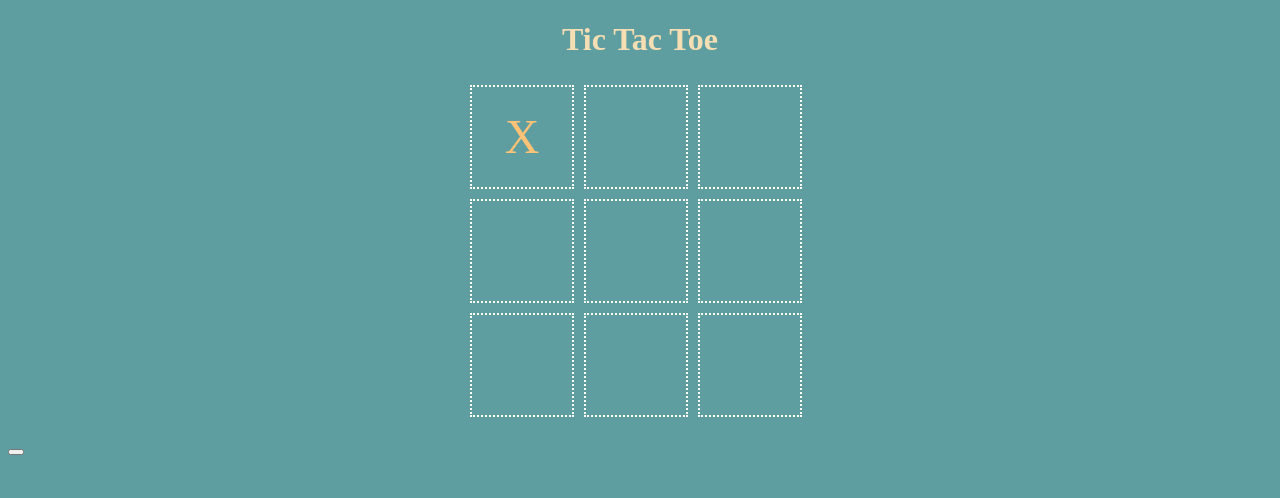
Repository: Hasmik-icml/Tic-Tac-Toe
Page: index.html
These files come from the project's save history. The page is drawn as it stood at one moment and after the next save; the edit follows.
The browser window is 1280 px wide. The pictures show the whole page.

Above is the page before, as saved 2022-02-02 21:58:52.

### index.html
<!DOCTYPE html>
<html lang="en">
<head>
  <meta charset="UTF-8">
  <meta http-equiv="X-UA-Compatible" content="IE=edge">
  <meta name="viewport" content="width=device-width, initial-scale=1.0">
  <link rel="stylesheet" href="/style.css">
  <title>Tic Tac Toe</title>
</head>
<body>
  <h1>Tic Tac Toe</h1>
  <div class="container">
    <div class="box">X</div>
    <div class="box"></div>
    <div class="box"></div>
    <div class="box"></div>
    <div class="box"></div>
    <div class="box"></div>
    <div class="box"></div>
    <div class="box"></div>
    <div class="box"></div>
  </div>
  <p class="turn"></p>
  <button class="restart"></button>
  <script src="/index.js"></script>
</body>
</html>

### style.css
body {
  background-color: cadetblue;
}

.container {
  display: flex;
  flex-wrap: wrap;
  width: 350px;
  margin: auto;
}

.box {
  border: 2px dotted white;
  margin: 5px;
  width: 100px;
  height: 100px;
  display: flex;
  justify-content: center;
  align-items: center;
  color: #ffc276;
  font-size: xxx-large;
  font-family: cursive;
}

h1 {
  text-align: center;
  color: wheat;
}

Loaded but not shown: index.js (no copy from this time; the picture is the same without it)

After the next save:
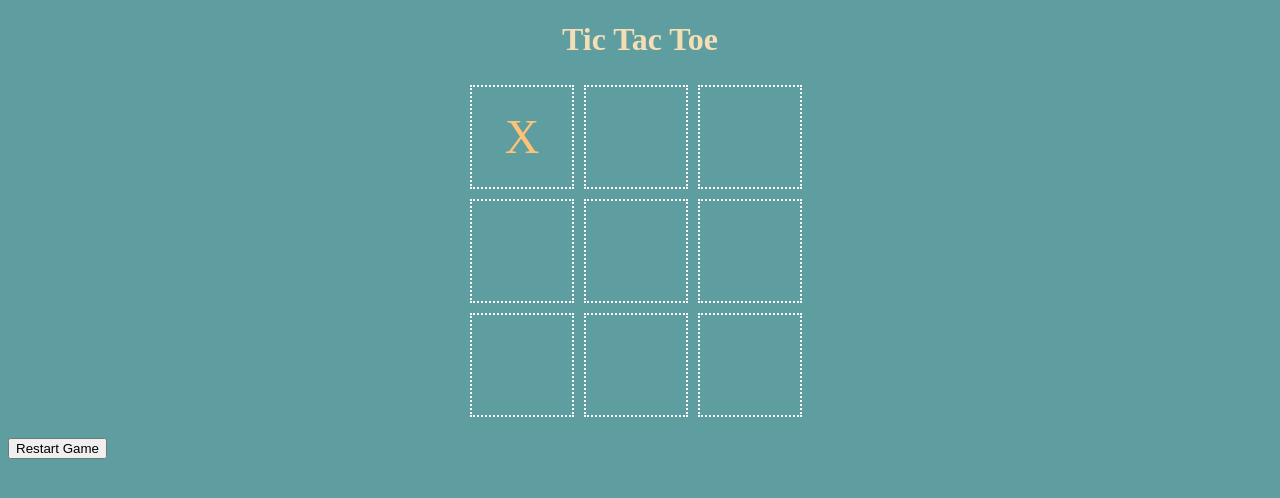
Saved 10 s later.
--- a/index.html
+++ b/index.html
@@ -21,7 +21,7 @@
     <div class="box"></div>
   </div>
   <p class="turn"></p>
-  <button class="restart"></button>
+  <button class="restart">Restart Game</button>
   <script src="/index.js"></script>
 </body>
 </html>
